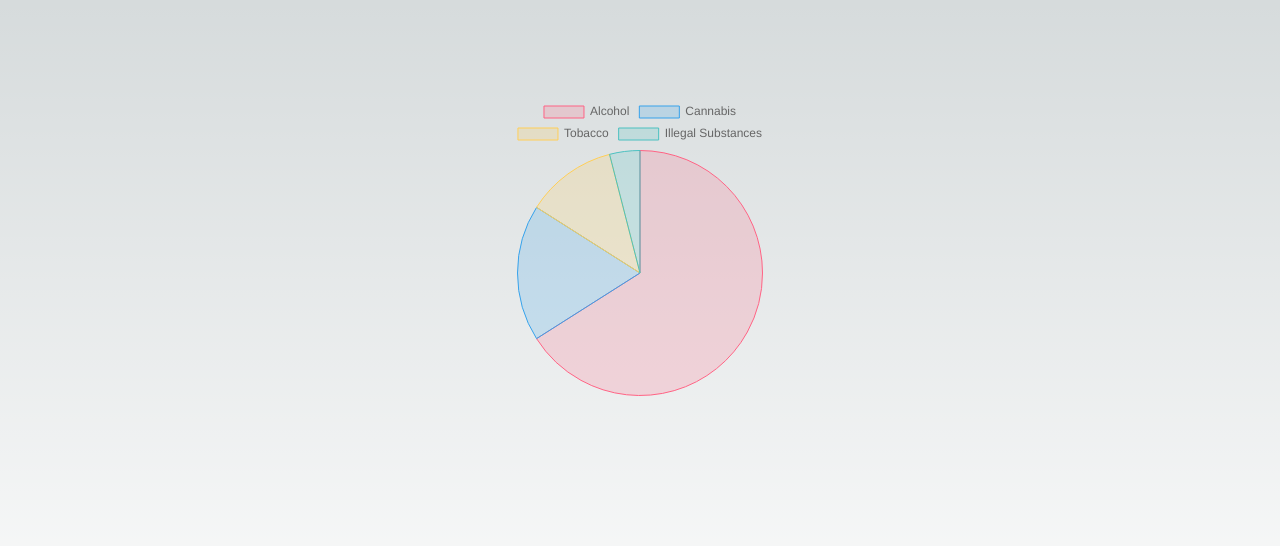
Repository: olivia-sk/MDIA-2109-2106-Big-Project
Page: /
The author's editor kept a copy of each file at every save. The page is drawn from the files as they stood at one save, then again after the next save.
The browser window is 1280 px wide. The pictures show the whole page.
The project was rebuilt for these pictures with package versions that can differ from the ones it lists, and the page was loaded fresh each time. The framework's server and built-in components were replaced by stand-ins that run in the browser. Also part of the build but not shown: next.config.js.

Above is the page before, as saved 2023-03-29 12:54:32.

After the next save:
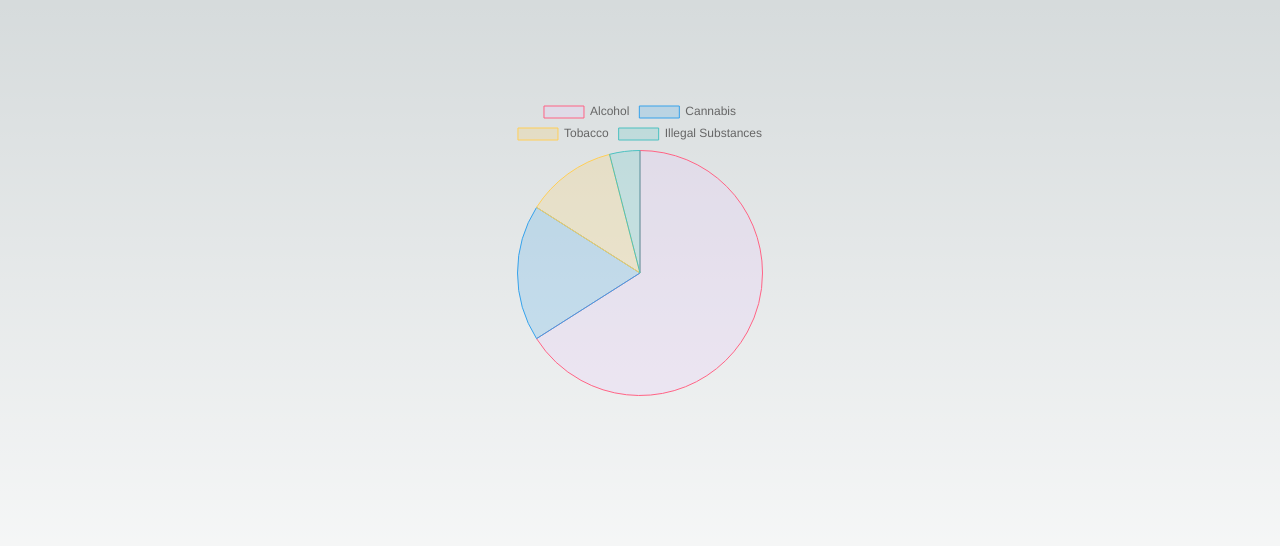
Saved 49 s later.
--- a/components/PieChart/index.js
+++ b/components/PieChart/index.js
@@ -11,7 +11,7 @@
       label: '% of Household Users',
       data: [66, 18, 12, 4,],
       backgroundColor: [
-        'rgba(255, 99, 132, 0.2)',
+        'rgba(232, 193, 255, 0.2)',
         'rgba(54, 162, 235, 0.2)',
         'rgba(255, 206, 86, 0.2)',
         'rgba(75, 192, 192, 0.2)',
